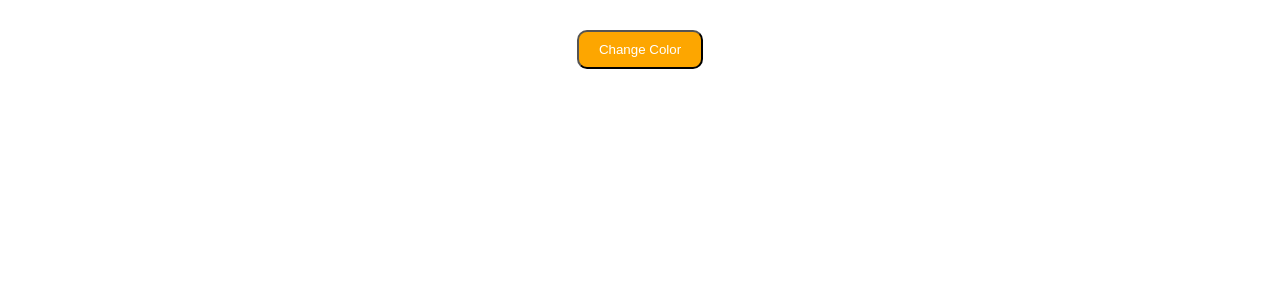
Repository: minhvtQA/randomBackgroundColor
Page: index.html
These files come from the project's save history. The page is drawn as it stood at one moment and after the next save; the edit follows.
The browser window is 1280 px wide. The pictures show the whole page.

Above is the page before, as saved 2021-11-07 16:55:15.

### index.html
<!DOCTYPE html>
<html lang="en">
<head>
    <meta charset="UTF-8">
    <meta http-equiv="X-UA-Compatible" content="IE=edge">
    <meta name="viewport" content="width=device-width, initial-scale=1.0">
    <title>Document</title>

    <link rel="stylesheet" href="reset.css">
    <link rel="stylesheet" href="styles.css">
    <link href="https://fonts.googleapis.com/css2?family=Poppins:wght@100;300;700&display=swap" rel="stylesheet">
    <link rel="stylesheet" href="https://cdnjs.cloudflare.com/ajax/libs/font-awesome/6.0.0-beta2/css/all.min.css" integrity="sha512-YWzhKL2whUzgiheMoBFwW8CKV4qpHQAEuvilg9FAn5VJUDwKZZxkJNuGM4XkWuk94WCrrwslk8yWNGmY1EduTA==" crossorigin="anonymous" referrerpolicy="no-referrer" />
</head>
<body>
    <div class="background">
        <button>Change Color</button>
    </div>
    <script src=""></script>
</body>
</html>

### styles.css
html {
  margin: 0;
  padding: 0;
  font-size: 62.5%;
}
.background {
  text-align: center;
  margin-top: 3rem;
}
button {
  padding: 1rem 2rem;
  border-radius: 1rem;
  text-align: center;
  background-color: #fda600;
  color: white;
  /* border: 0; */
  outline: none;
}

Loaded but not shown: reset.css (common file)

After the next save:
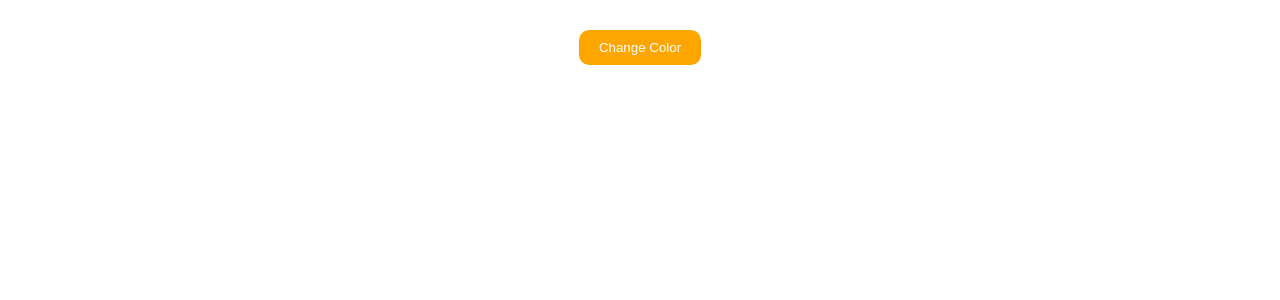
Saved 10 s later.
--- a/styles.css
+++ b/styles.css
@@ -13,6 +13,6 @@ button {
   text-align: center;
   background-color: #fda600;
   color: white;
-  /* border: 0; */
-  outline: none;
+  border: 0;
+  /* outline: none; */
 }
